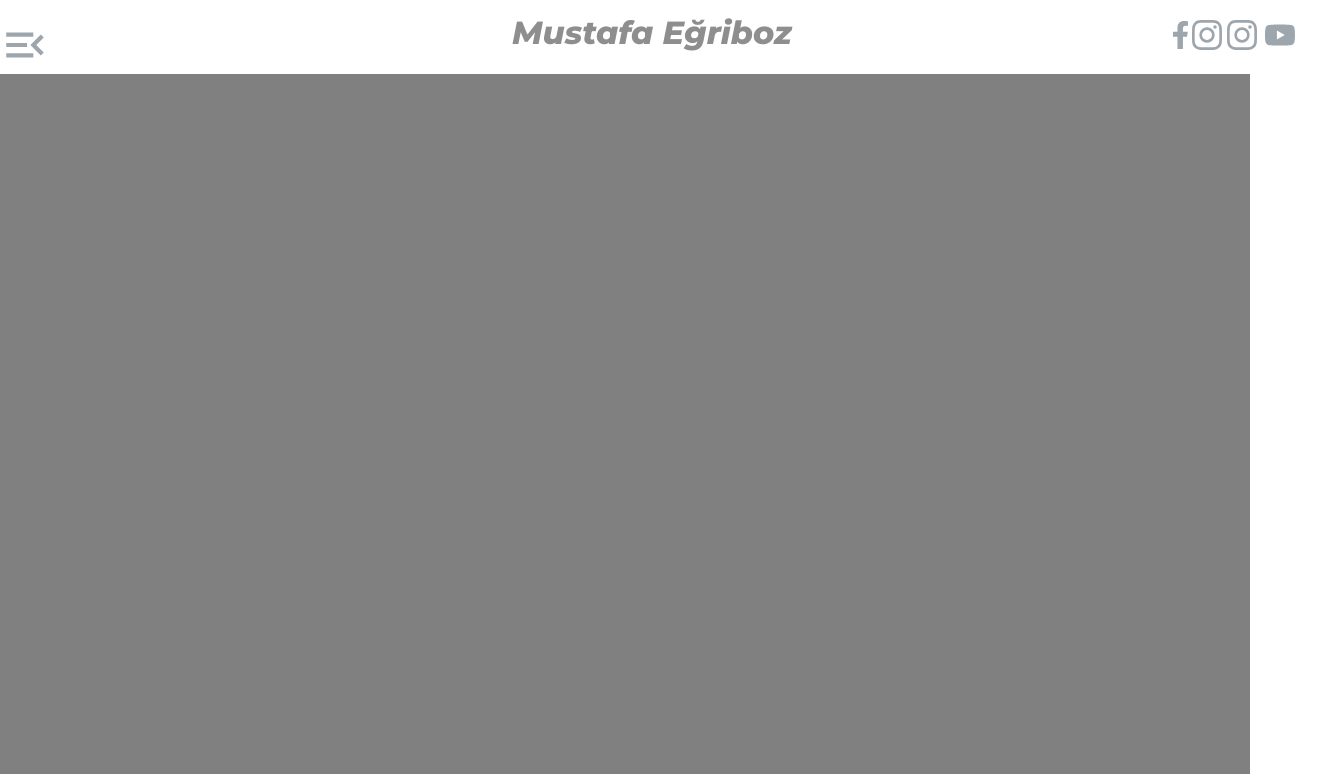
Repository: CengoCengo/m.e-gallery-web-site
Page: index.html
The author's editor kept a copy of each file at every save. The page is drawn from the files as they stood at one save, then again after the next save.
The browser window is 1280 px wide. The page is 1295 px wide, then 1322 px, so the pictures cover 1322 px, including what lies to the right of the window. The pictures show the whole page.

Above is the page before, as saved 2021-02-06 02:18:29.
Console error: TypeError: Cannot read properties of null (reading 'style')

### index.html
<!DOCTYPE html>
<html lang="en">
  <head>
    <meta charset="UTF-8" />
    <meta name="viewport" content="width=device-width, initial-scale=1.0" />
    <link rel="stylesheet" href="styles/style.css" />
    <link rel="preconnect" href="https://fonts.gstatic.com" />
    <link
      href="https://fonts.googleapis.com/css2?family=Montserrat:ital,wght@1,800&display=swap"
      rel="stylesheet"
    />

    <title>Mustafa Eğriboz</title>
  </head>
  <body>
    <!-- Navigator -->
     <div class="menu-container">
        <img
          id="icon-menu"
          src="images/icon/menu_open-black-18dp.svg"
          alt="icon-menu"
          width="50"
        />
        <h1>Mustafa Eğriboz</h1>

       <div class="social-media-container">

          <a href=""
            ><img alt="Qries" src="images/icon/facebook-f-brands.svg" width=15"
            height="70"></a
          >


          <a href=""
            ><img alt="Qries" src="images/icon/instagram-brands.svg" width=30"
            height="70"></a
          >

        <span class="youtube-icon">
          <a href=""
            ><img alt="Qries" src="images/icon/youtube-brands.svg" width=30"
            height="70"></a
          >
        </span>
        <span class="whatsapp-icon">
          <a href=""
            ><img alt="Qries" src="images/icon/instagram-brands.svg" width=30"
            height="70"></a
          >
        </span>
      </div>
      </div>




    <!-- Slider -->

    <div class="slider-container">
      <div class="slider"></div>
    </div>

    <script type="text/javascript" src="js/script.js"></script>
  </body>
</html>

### styles/style.css
*{
    margin: 0;
    padding: 0;
    font-family:  'Montserrat', sans-serif;


}

.main-container{
    width: 100%;
}

.menu-container{
    display: inline-block;
    position: relative;
    width: 100%;
    height: auto;



}

#icon-menu img{
    display: inline-block;
    width:2rem;

}

.menu-container h1{
    display: inline-block;
    position: absolute;
    margin-top: 1%;
    left: 40%;
    width: 300px;
    color:#8e8e8e;

}

.social-media-container{
    display: inline;
    position: relative;
    width: 100%;
    left: 85%;
    padding: 30px;

}


.facebook-icon{
    position: absolute;
    left:80%;
}

.instagram-icon{
    position: absolute;
    left: 82%;
}

.youtube-icon{
    position: absolute;
    left: 85%;
}


.slider{
    background-color: grey;
    width: 1250px;
    height: 700px;

}

### js/script.js
var x = document.querySelector("p");
x.style.backgroundColor = "red";

After the next save:
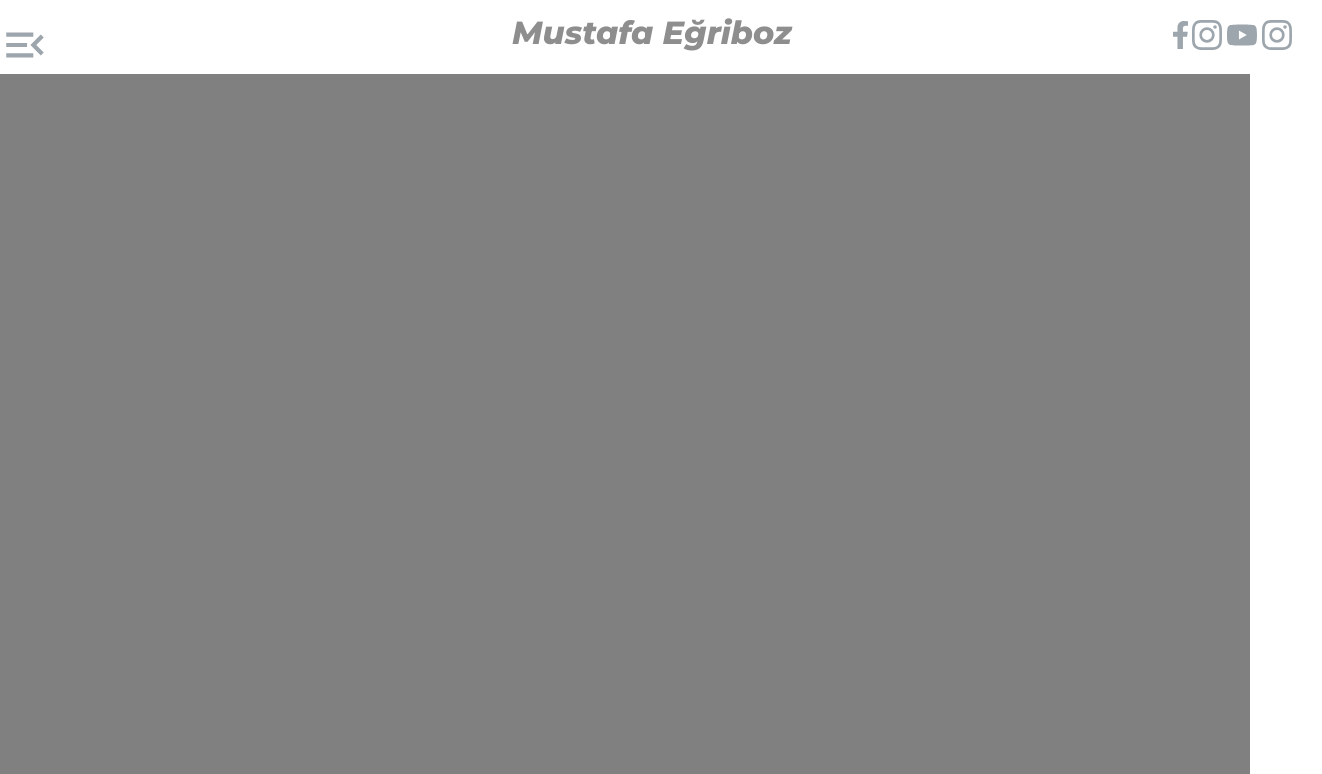
Saved 28 s later.
--- a/index.html
+++ b/index.html
@@ -14,45 +14,37 @@
   </head>
   <body>
     <!-- Navigator -->
-     <div class="menu-container">
-        <img
-          id="icon-menu"
-          src="images/icon/menu_open-black-18dp.svg"
-          alt="icon-menu"
-          width="50"
-        />
-        <h1>Mustafa Eğriboz</h1>
+    <div class="menu-container">
+      <img
+        id="icon-menu"
+        src="images/icon/menu_open-black-18dp.svg"
+        alt="icon-menu"
+        width="50"
+      />
+      <h1>Mustafa Eğriboz</h1>
 
-       <div class="social-media-container">
+      <div class="social-media-container">
+        <a href=""
+          ><img alt="Qries" src="images/icon/facebook-f-brands.svg" width=15"
+          height="70"></a
+        >
 
-          <a href=""
-            ><img alt="Qries" src="images/icon/facebook-f-brands.svg" width=15"
-            height="70"></a
-          >
+        <a href=""
+          ><img alt="Qries" src="images/icon/instagram-brands.svg" width=30"
+          height="70"></a
+        >
 
+        <a href=""
+          ><img alt="Qries" src="images/icon/youtube-brands.svg" width=30"
+          height="70"></a
+        >
 
-          <a href=""
-            ><img alt="Qries" src="images/icon/instagram-brands.svg" width=30"
-            height="70"></a
-          >
-
-        <span class="youtube-icon">
-          <a href=""
-            ><img alt="Qries" src="images/icon/youtube-brands.svg" width=30"
-            height="70"></a
-          >
-        </span>
-        <span class="whatsapp-icon">
-          <a href=""
-            ><img alt="Qries" src="images/icon/instagram-brands.svg" width=30"
-            height="70"></a
-          >
-        </span>
+        <a href=""
+          ><img alt="Qries" src="images/icon/instagram-brands.svg" width=30"
+          height="70"></a
+        >
       </div>
-      </div>
-
-
-
+    </div>
 
     <!-- Slider -->
 
